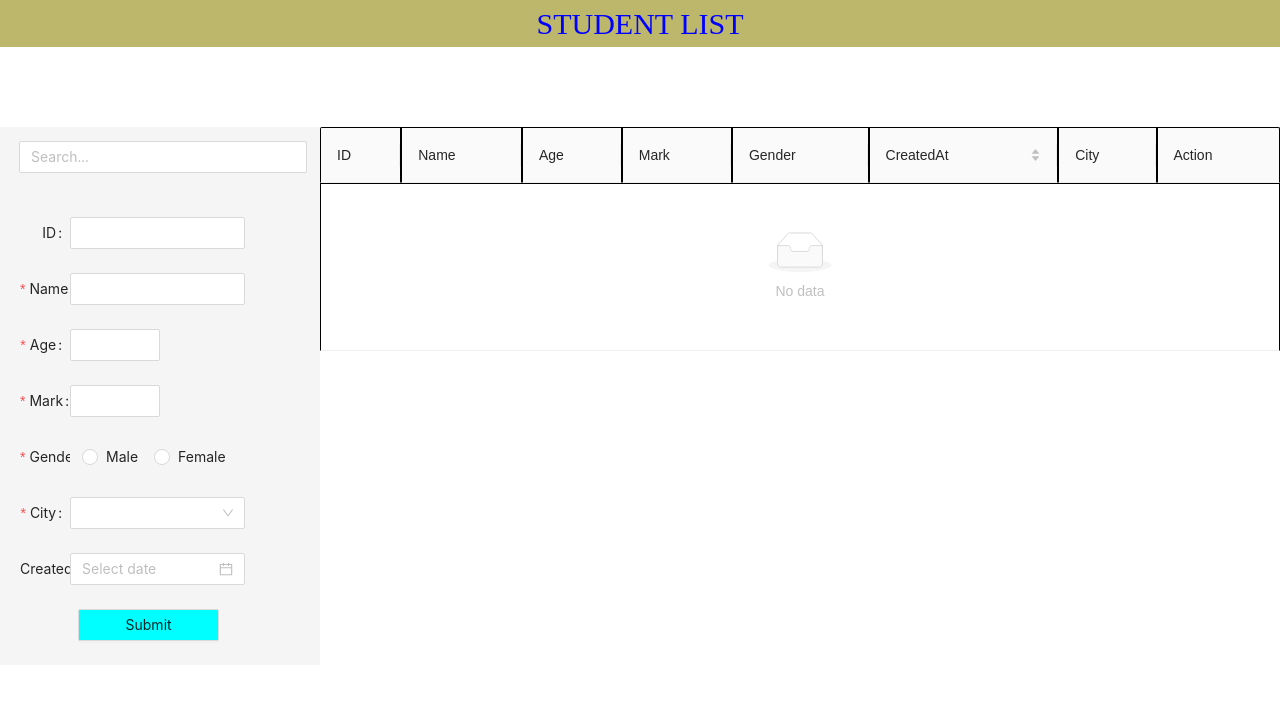
Repository: haminhdat1407/react-api-student
Page: /
An editor plug-in stored every save of this project. The page is shown before and after the next save, followed by the edit.
The browser window is 1280 px wide. The pictures show the whole page.
The page's requests for data from a server got no answer. The project was rebuilt for these pictures with package versions that can differ from the ones it lists, and the page was loaded fresh each time. No one was signed in, and anything a server would have sent is missing. Also part of the build but not shown: src/styles.css.

Above is the page before, as saved 2022-03-14 09:12:14.

After the next save:
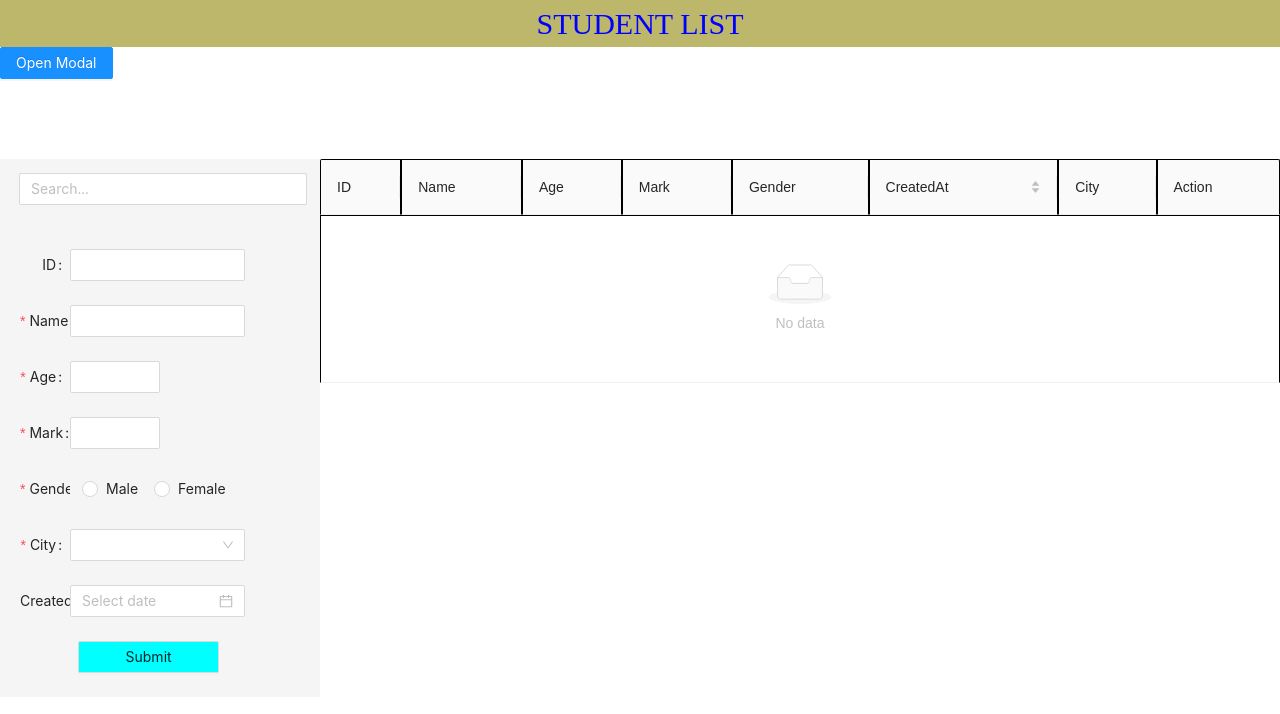
Saved 58 s later.
--- a/src/components/ModalForm/index.jsx
+++ b/src/components/ModalForm/index.jsx
@@ -23,6 +23,9 @@ function ModalForm(props) {
 
   return (
     <>
+      <Button type='primary' onClick={showModal}>
+        Open Modal
+      </Button>
       <Modal
         title='Basic Modal'
         visible={isModalVisible}
